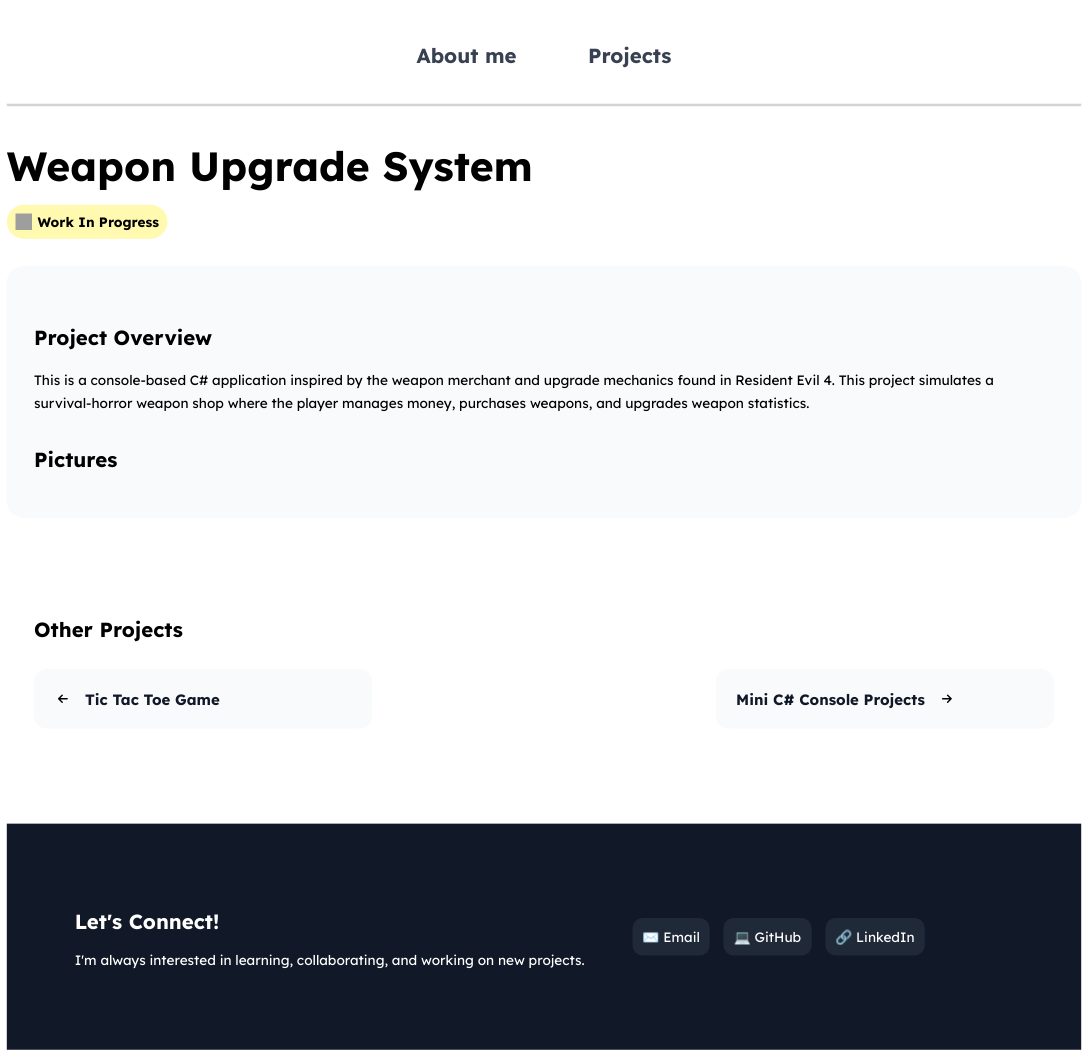
Repository: perrybalaba/perrybalaba
Page: pages/weapon-upgrade.html
An editor plug-in stored every save of this project. The page is shown before and after the next save, followed by the edit.
The browser window is 1280 px wide. The pictures show the whole page, at 85% of full size.
Pictures or frames that could not be fetched are drawn as grey boxes.

Above is the page before, as saved 2026-05-14 19:01:24.

After the next save:
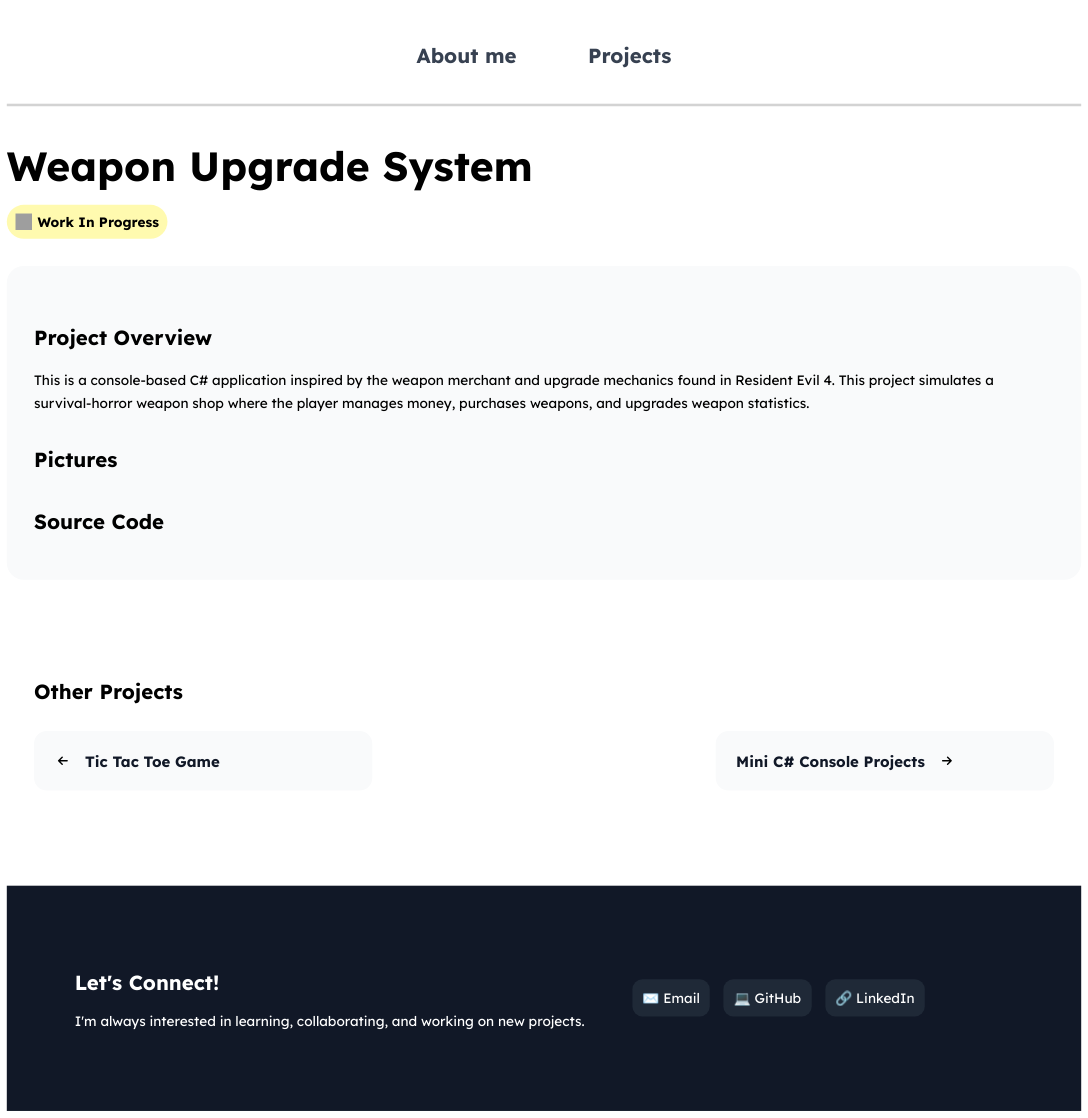
Saved 51 s later.
--- a/pages/weapon-upgrade.html
+++ b/pages/weapon-upgrade.html
@@ -34,6 +34,7 @@
                             manages money, purchases weapons, and upgrades weapon statistics.
                         </p>
                     <h3> Pictures </h3>
+                    <h3> Source Code </h3>
                 </div>
             </div>
 
